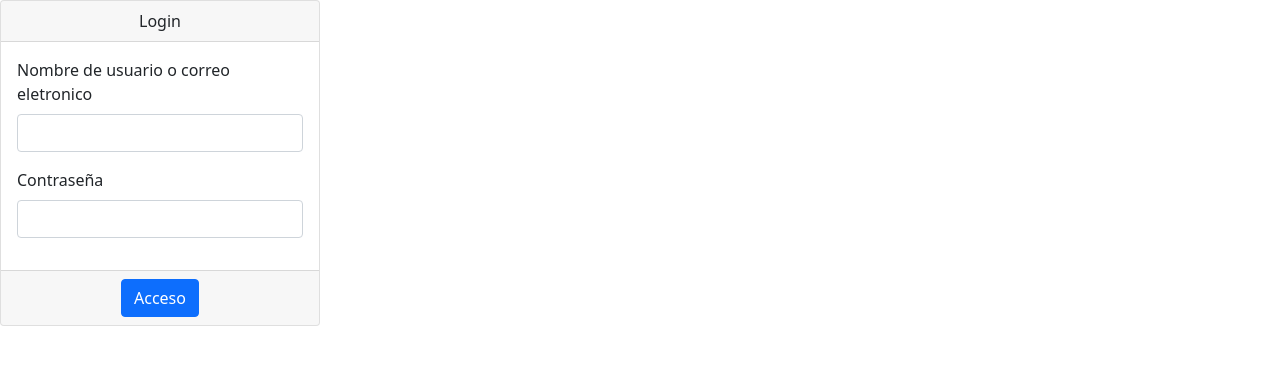
Repository: j0sh-404/control-clases-alumnos
Page: vista/login/login.html
These files come from the project's save history. The page is drawn as it stood at one moment and after the next save; the edit follows.
The browser window is 1280 px wide. The pictures show the whole page.

Above is the page before, as saved 2022-07-09 15:17:07.

After the next save:
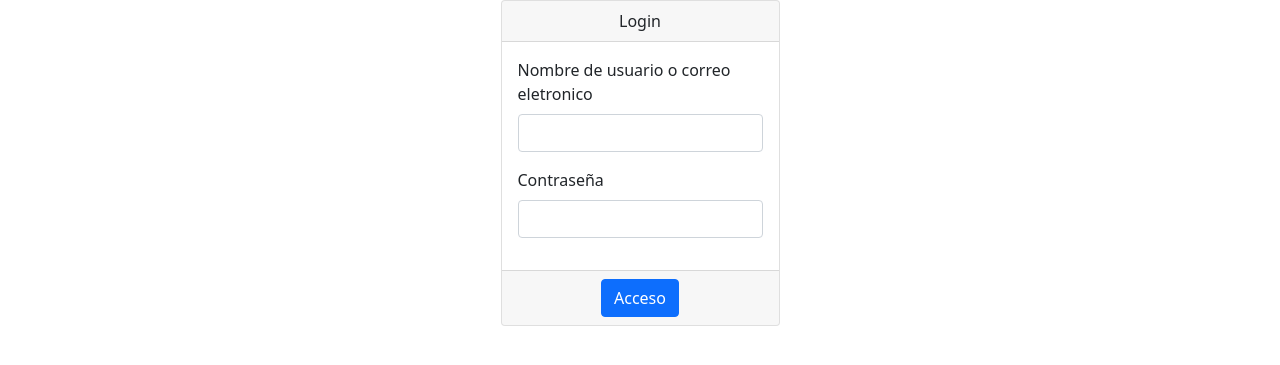
Saved 2 min 45 s later.
--- a/vista/login/login.html
+++ b/vista/login/login.html
@@ -17,8 +17,8 @@
         <button type="button" class="btn-close" data-bs-dismiss="alert" aria-label="Close"></button>
       </div>
      </div>
-    <div class="estilo-tarjeta">
-      <div class="card col-sm-3">
+    <div class="container col-sm-12">
+      <div class="card col-sm-3 mx-auto">
         <div class="card-header text-center">
           Login
         </div>
